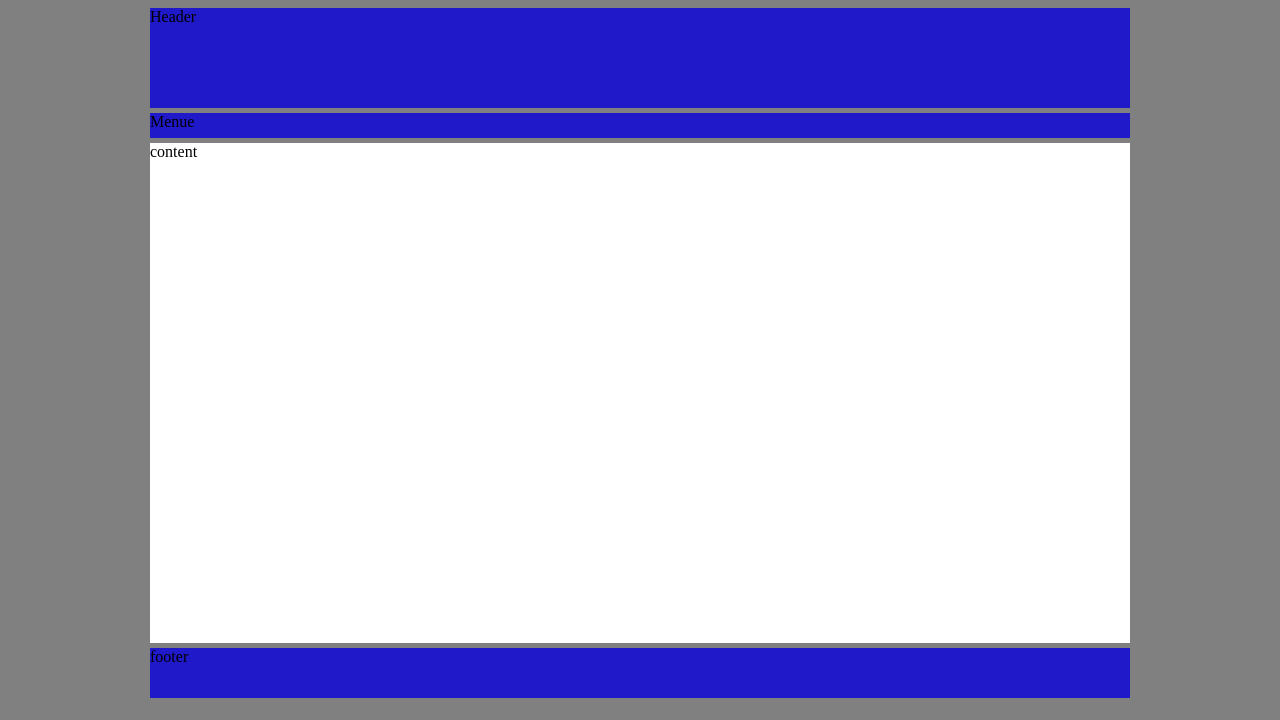
Repository: WebtechTeam7/RentMyStuff
Page: Code/Homepage_Test1/WebContent/META-INF/Index.html
An editor plug-in stored every save of this project. The page is shown before and after the next save, followed by the edit.
The browser window is 1280 px wide. The pictures show the whole page.

Above is the page before, as saved 2014-10-16 14:14:55.

### Code/Homepage_Test1/WebContent/META-INF/Index.html
<!DOCTYPE HTML PUBLIC "-//W3C//DTD HTML 4.01 Transitional//EN" "http://www.w3.org/TR/html4/loose.dtd">
<html>
<head>
<title>Verschenk's Konstanz</title>
<meta name="description" content="Die Homepage dient dazu Dinge in Konstanz zu verschenken">
<meta name="keywords" content="Konstanz Verschenken ">
<meta name="author" content="Dennis">
<meta charset="UTF-8">
<link rel="stylesheet" type="text/css" href="Mystyle.css">
</head>
   <body>
   <div id="wrapper">
         <div id="header">Header</div>

         <div id="menue">Menue</div>

         <div id="content">content</div>

         <div id="footer">footer</div>

   </div>




   </body>
  </noframes>
</frameset>
</html>

### Code/Homepage_Test1/WebContent/META-INF/Mystyle.css
body{
	background-color: grey;
}
#wrapper{
 margin-left:auto;
 margin-right:auto;
 //background-color:green;
 width:980px;
 height:500px;
}

#header{
 width:100%;
 height:100px;
 background-color:#2019CA;
 margin-bottom: 5px;
 }

#menue{
 width:100%;;
 height:25px;
 background-color:#2019CA;
 margin-right: 5px;
 margin-bottom: 5px;
 }

#content{
 width:100%;
 height:500px;
 background-color: white;
 }

 #footer{
 width:100%;
 height:50px;
 background-color:#2019CA;
 clear:both;
 margin-top: 5px;
 }

After the next save:
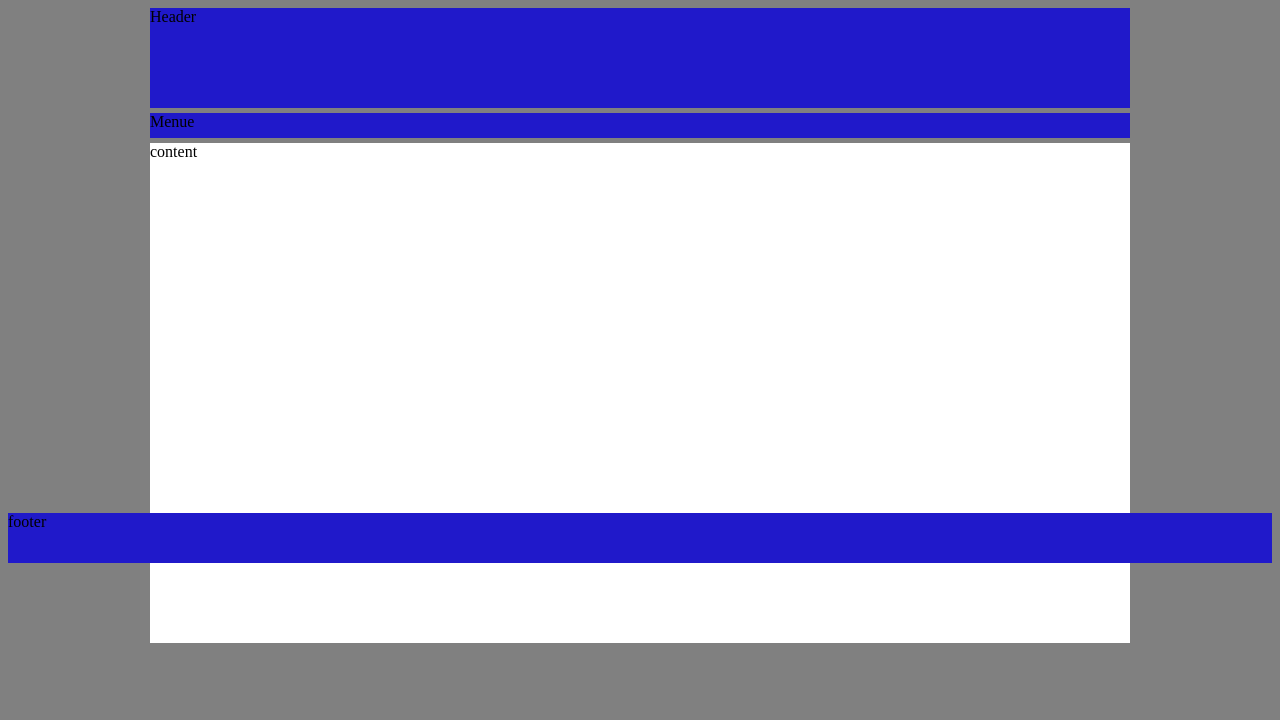
Saved 87 s later.
--- a/Code/Homepage_Test1/WebContent/META-INF/Index.html
+++ b/Code/Homepage_Test1/WebContent/META-INF/Index.html
@@ -16,10 +16,8 @@
 
          <div id="content">content</div>
 
-         <div id="footer">footer</div>
-
    </div>
-
+<div id="footer">footer</div>
 
 
 
